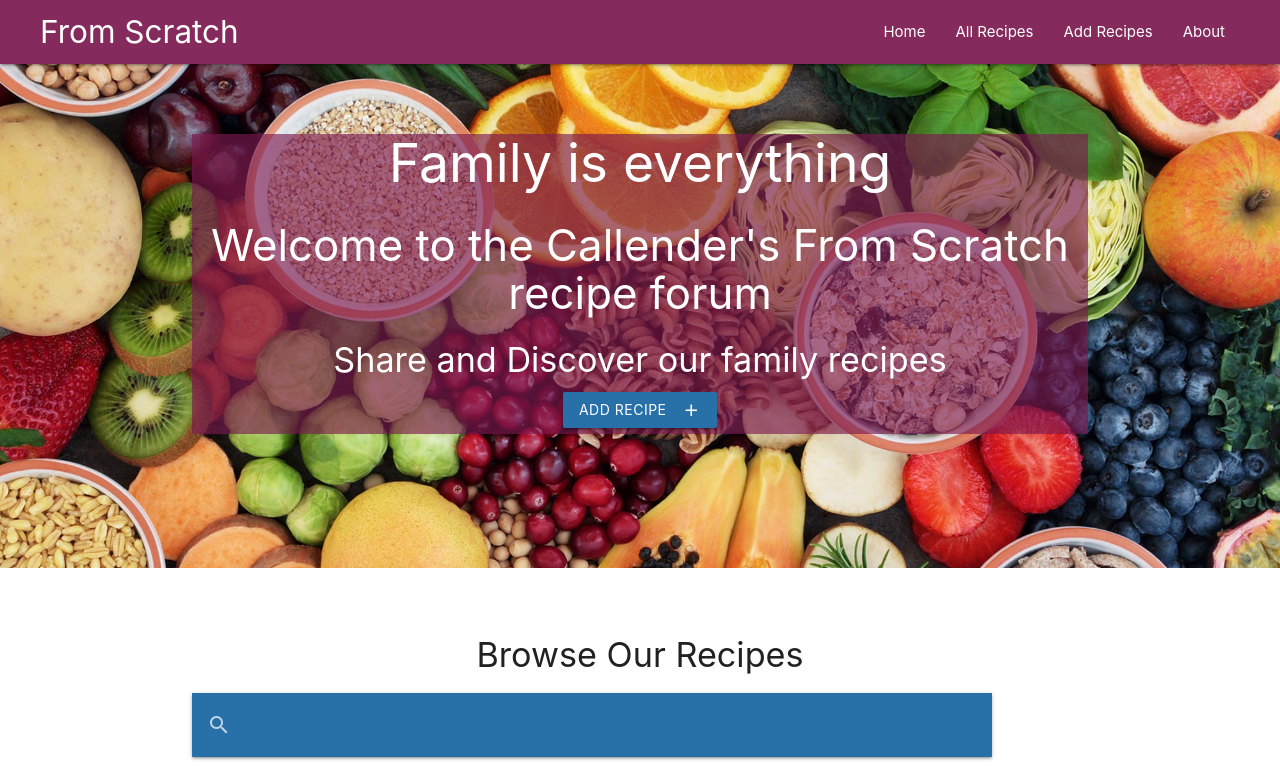
Repository: callendera/MilestoneProject3
Page: http://localhost/
The author's editor kept a record of every edit. The page is drawn from the files as they stood at one moment, then again after the next edit.
The browser window is 1280 px wide. The pictures show the whole page.
Backgrounds fixed to the window are drawn as part of the page. The page is served by the project's application, run on Flask 3 (recipe.py). Queries for data that is not in the repository find no rows.

Above is the page before.
Console error: SyntaxError: Unexpected token ')'

After the next edit:
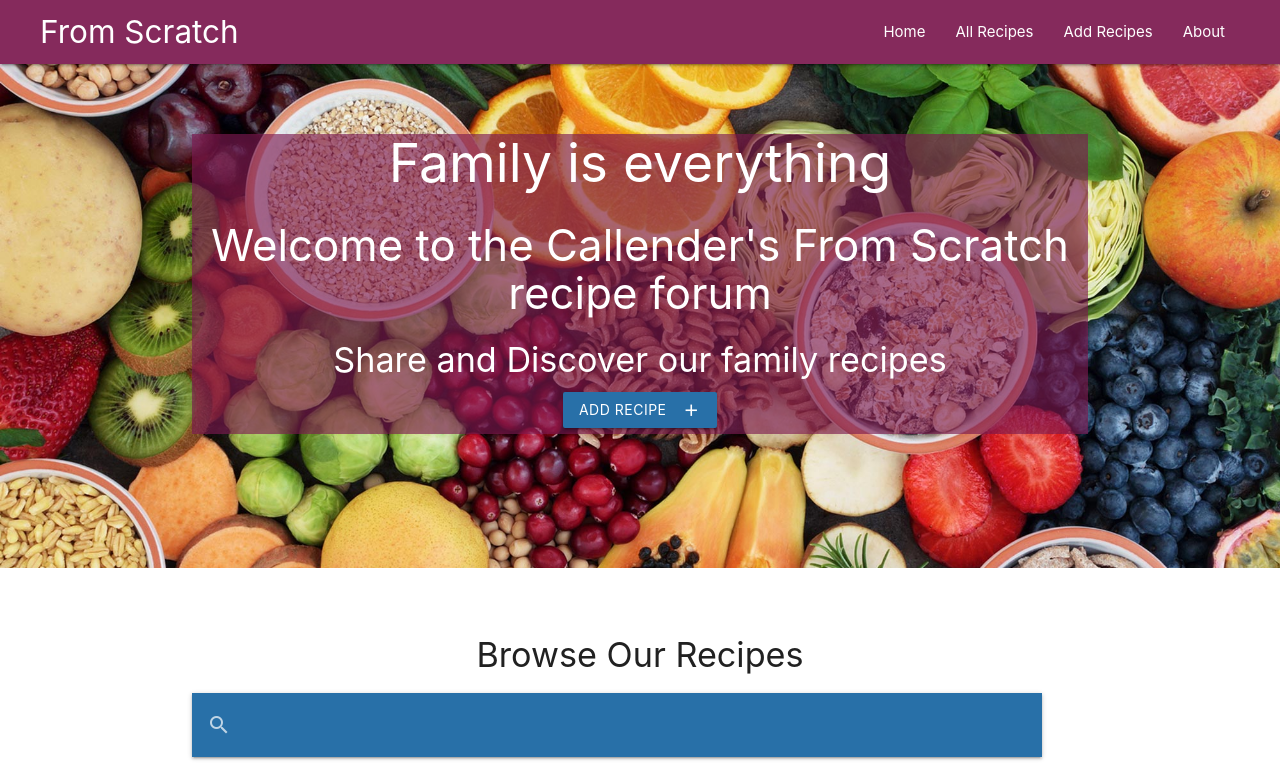
The edit:
--- a/static/css/style.css
+++ b/static/css/style.css
@@ -150,7 +150,7 @@
         ;
     }
     .my-search-bar-margin {
-    width: 800px;
+    width: 850px;
     }
     .recipe-row-margin {
     margin-left: 0px;
